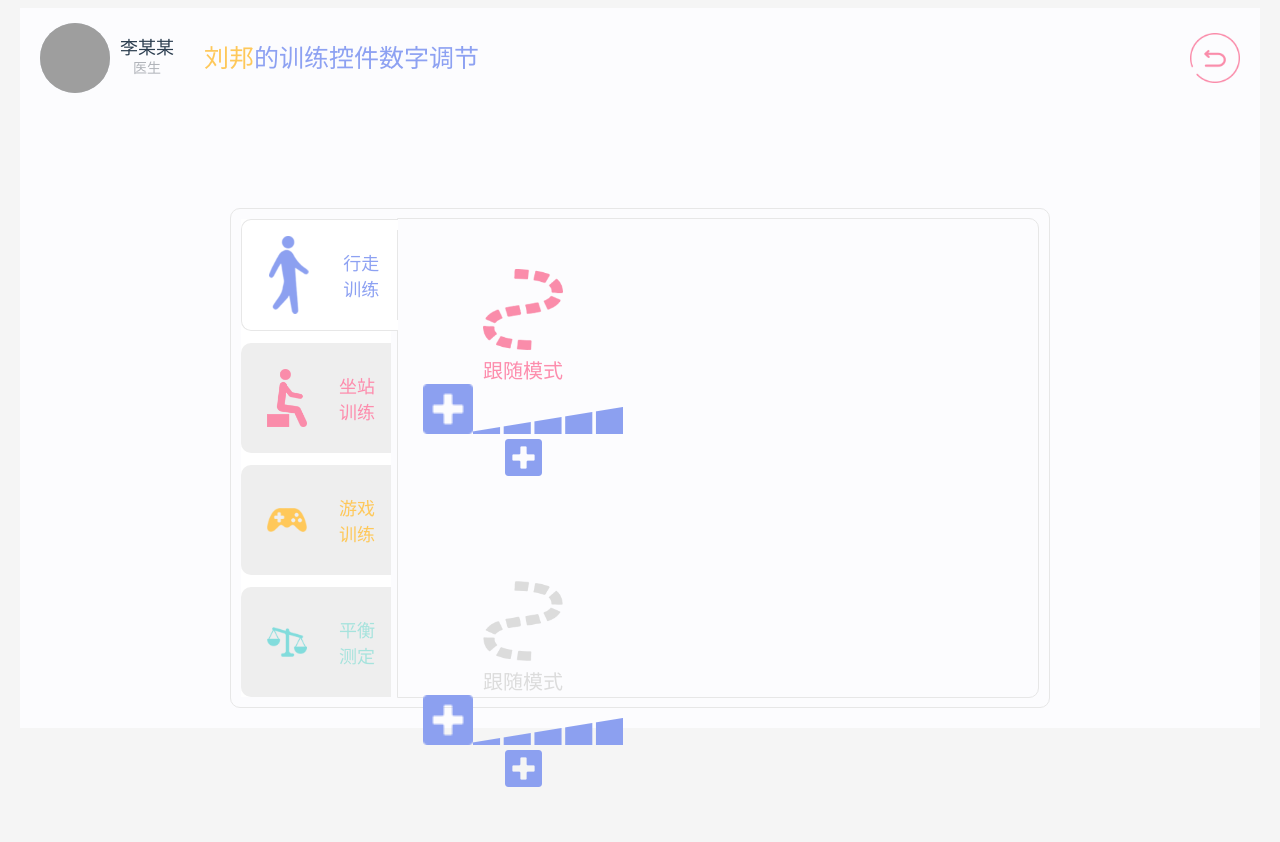
Repository: wangdanqing90/electron-vue-doctor
Page: /#/trainingAdjust
An editor plug-in stored every save of this project. The page is shown before and after the next save, followed by the edit.
The browser window is 1280 px wide. The pictures show the whole page.
Pictures or frames that could not be fetched are drawn as grey boxes. The project was rebuilt for these pictures with package versions that can differ from the ones it lists, and the page was loaded fresh each time. Also part of the build but not shown: vue.config.js, src/views/Home.vue, src/assets/styles/variable.scss, src/assets/styles/iconfont.css.

Above is the page before, as saved 2020-01-15 11:03:04.

After the next save:
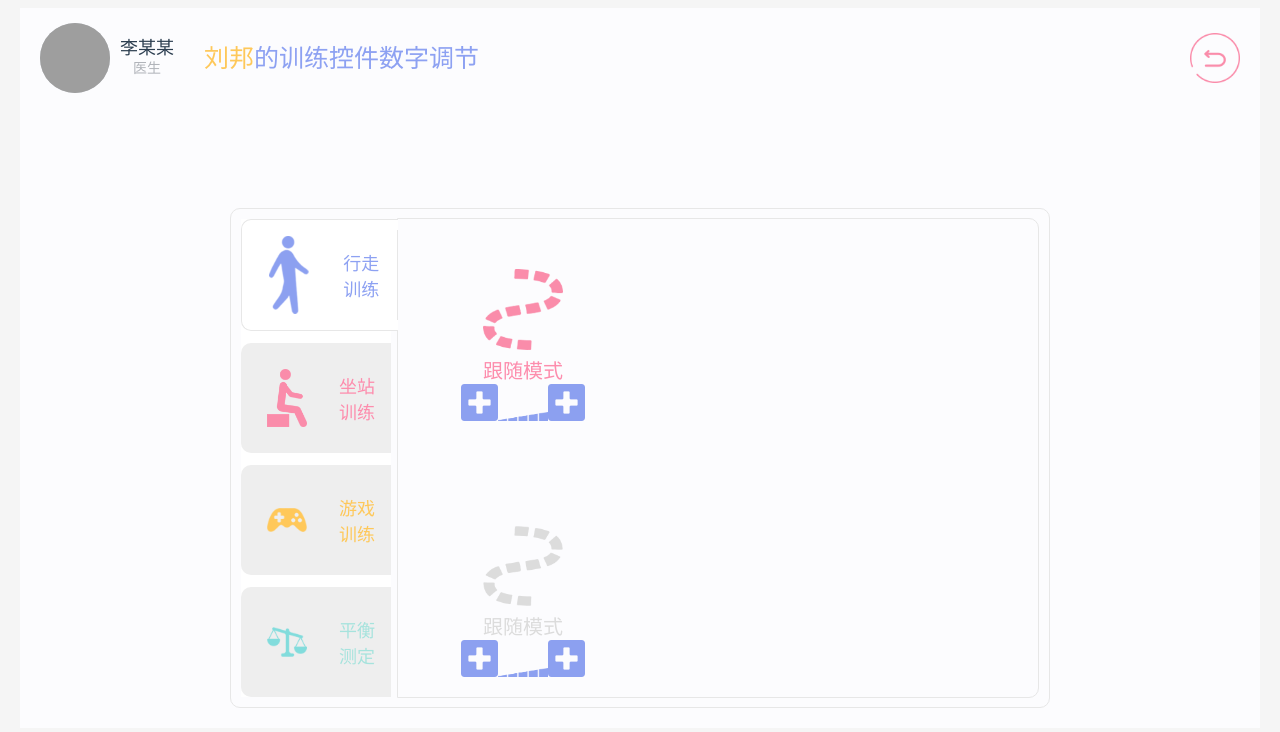
Saved 18 s later.
--- a/src/components/Adjust/Adjust.vue
+++ b/src/components/Adjust/Adjust.vue
@@ -38,7 +38,10 @@ export default {
 
 <style scoped lang="scss">
 .adjust {
-  .left {
+  .left .right {
+    width: 50px;
+  }
+  .middle {
     width: 50px;
   }
 }
